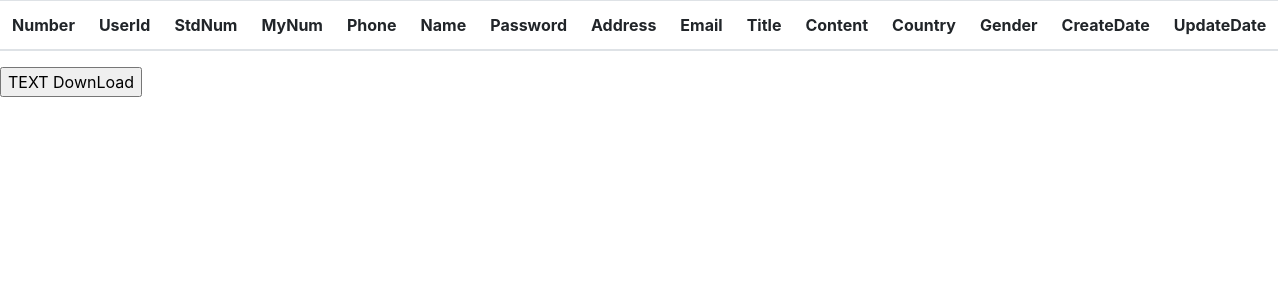
Repository: ken1087/practice
Page: http://localhost/pratice/WEB-INF/views/view.jsp
An editor plug-in stored every save of this project. The page is shown before and after the next save, followed by the edit.
The browser window is 1280 px wide. The pictures show the whole page.
The page is served by Tomcat 9. Nobody is signed in. The template is opened directly, without the code that normally fills it, so the values that code supplies are empty.

Above is the page before, as saved 2019-09-12 04:39:34.

After the next save:
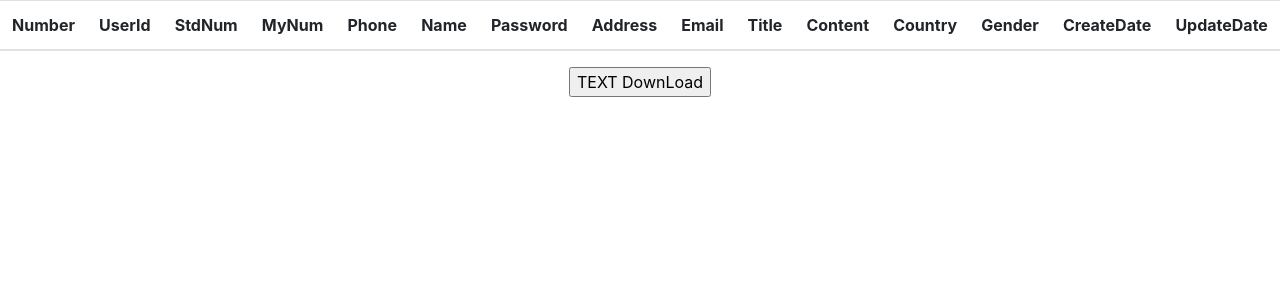
Saved 2 min 53 s later.
--- a/pratice/src/main/webapp/WEB-INF/views/view.jsp
+++ b/pratice/src/main/webapp/WEB-INF/views/view.jsp
@@ -11,7 +11,12 @@
 <script src="https://cdnjs.cloudflare.com/ajax/libs/popper.js/1.14.7/umd/popper.min.js"></script>
 <script src="https://maxcdn.bootstrapcdn.com/bootstrap/4.3.1/js/bootstrap.min.js"></script>
 <style>
+	body{
+
+		text-align: center;
+	}
 	.container1{
+		display:
 		width:90%;
 	}
 </style>
